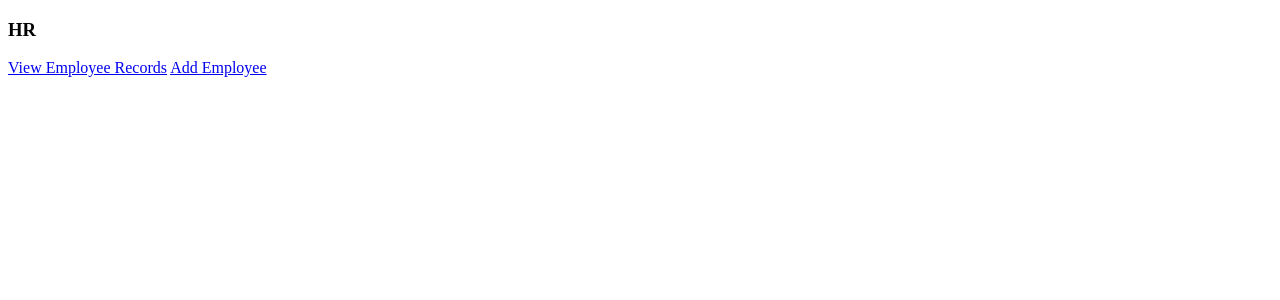
Repository: TarunSinghD/Object-Oriented-Design-Final-Project
Page: http://localhost/LeaveManagement/JSP/HR.jsp
These files come from the project's save history. The page is drawn as it stood at one moment and after the next save; the edit follows.
The browser window is 1280 px wide. The pictures show the whole page.
The page is served by Tomcat 9. Nobody is signed in. The application's start-up code is not run.

Above is the page before, as saved 2018-04-15 04:58:16.

After the next save:
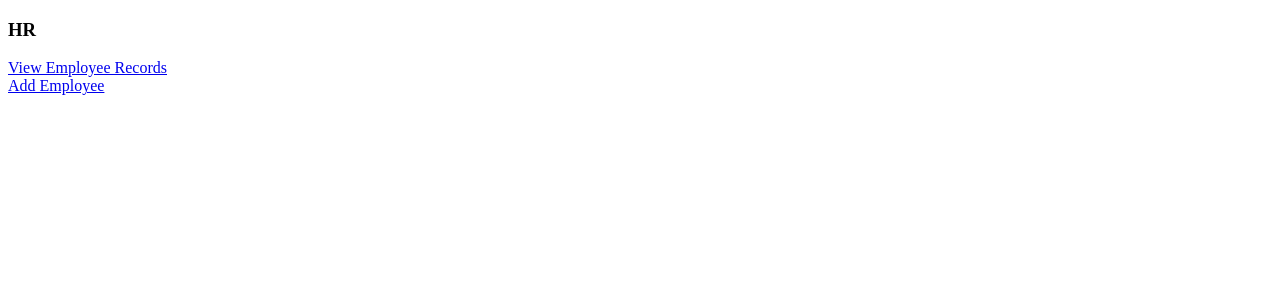
Saved 13 h 58 min later.
--- a/LeaveManagement/WebContent/JSP/HR.jsp
+++ b/LeaveManagement/WebContent/JSP/HR.jsp
@@ -8,7 +8,7 @@
 </head>
 <body>
 <h3>HR</h3>
-<a href="/LeaveManagement/JSP/EmployeeRecords.jsp">View Employee Records</a>
+<a href="/LeaveManagement/JSP/EmployeeRecords.jsp">View Employee Records</a><br/>
 <a href="/LeaveManagement/JSP/AddEmployee.jsp">Add Employee</a>
 </body>
 </html>
